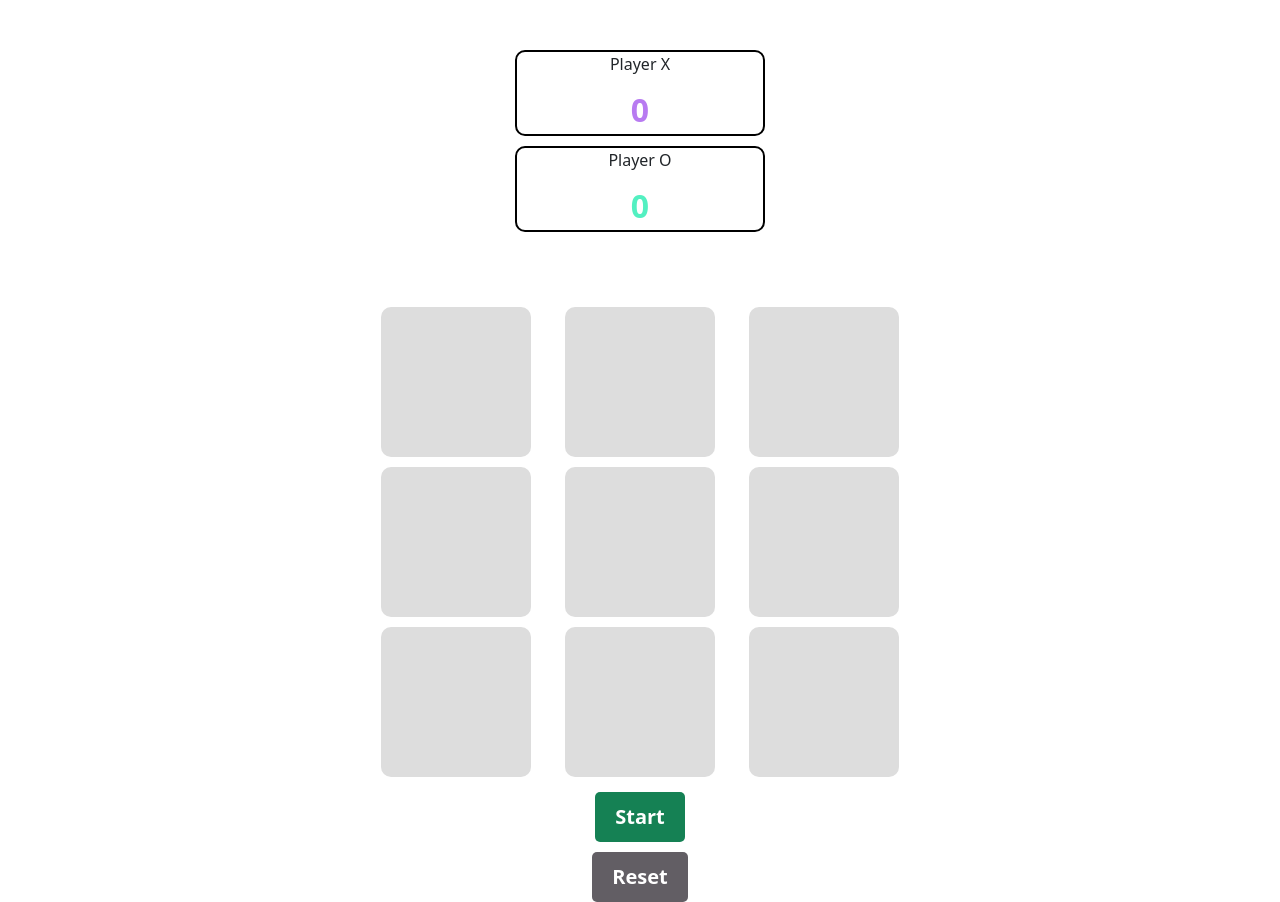
Repository: woodsdeshe/Tic-Tac-Toe
Page: index.html
These files come from the project's save history. The page is drawn as it stood at one moment and after the next save; the edit follows.
The browser window is 1280 px wide. The pictures show the whole page.

Above is the page before, as saved 2023-03-31 21:37:59.

After the next save:
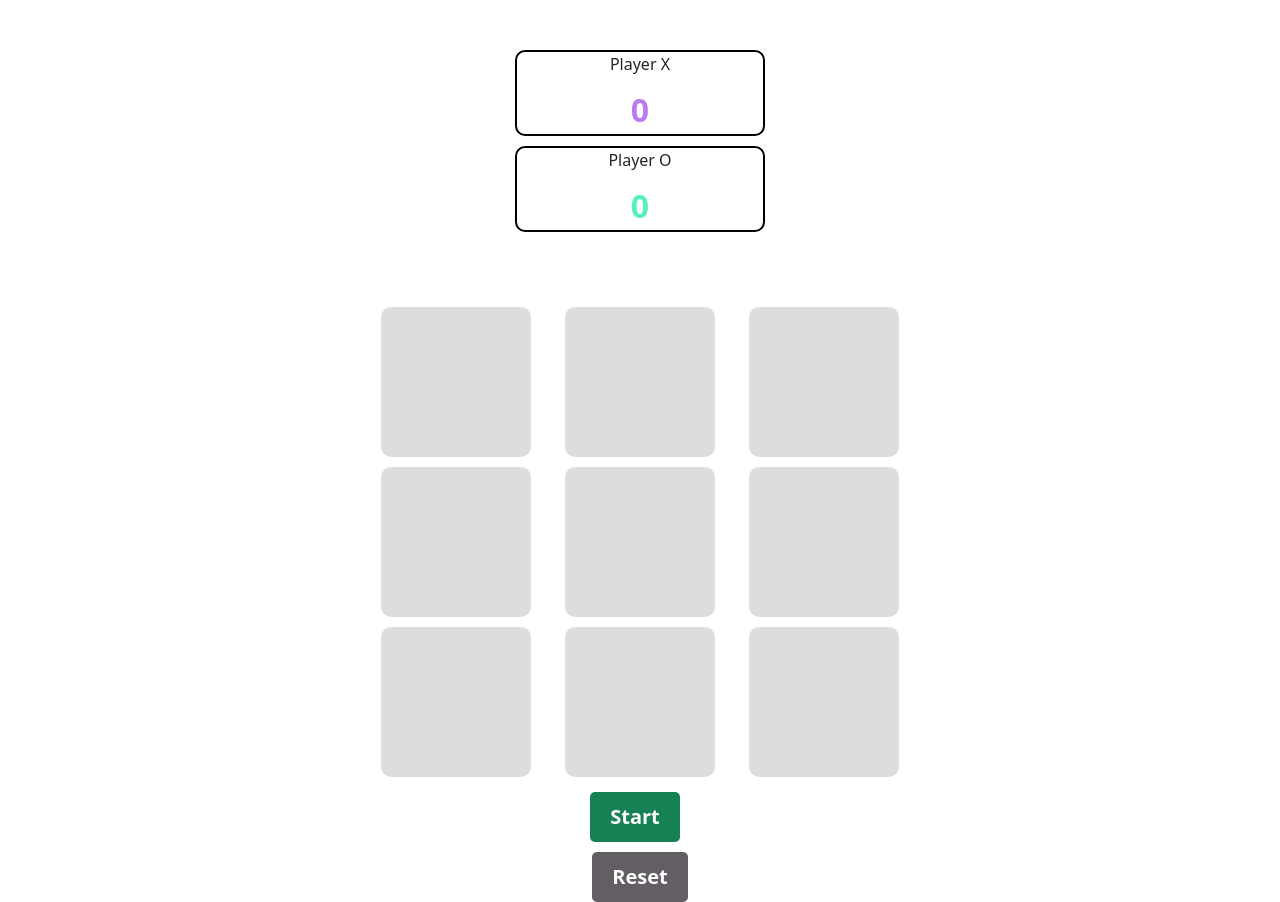
Saved 13 s later.
--- a/styles.css
+++ b/styles.css
@@ -103,10 +103,11 @@
   cursor: pointer;
 }
 
-.start {
-    text-align: center;
-    margin-top: 10px;
-}
+.startBtn {
+    background-color: #158154;
+    color: white;
+    margin-right: 10px;
+  }
 
 .x-symbol {
     color: rgb(184, 123, 241);
